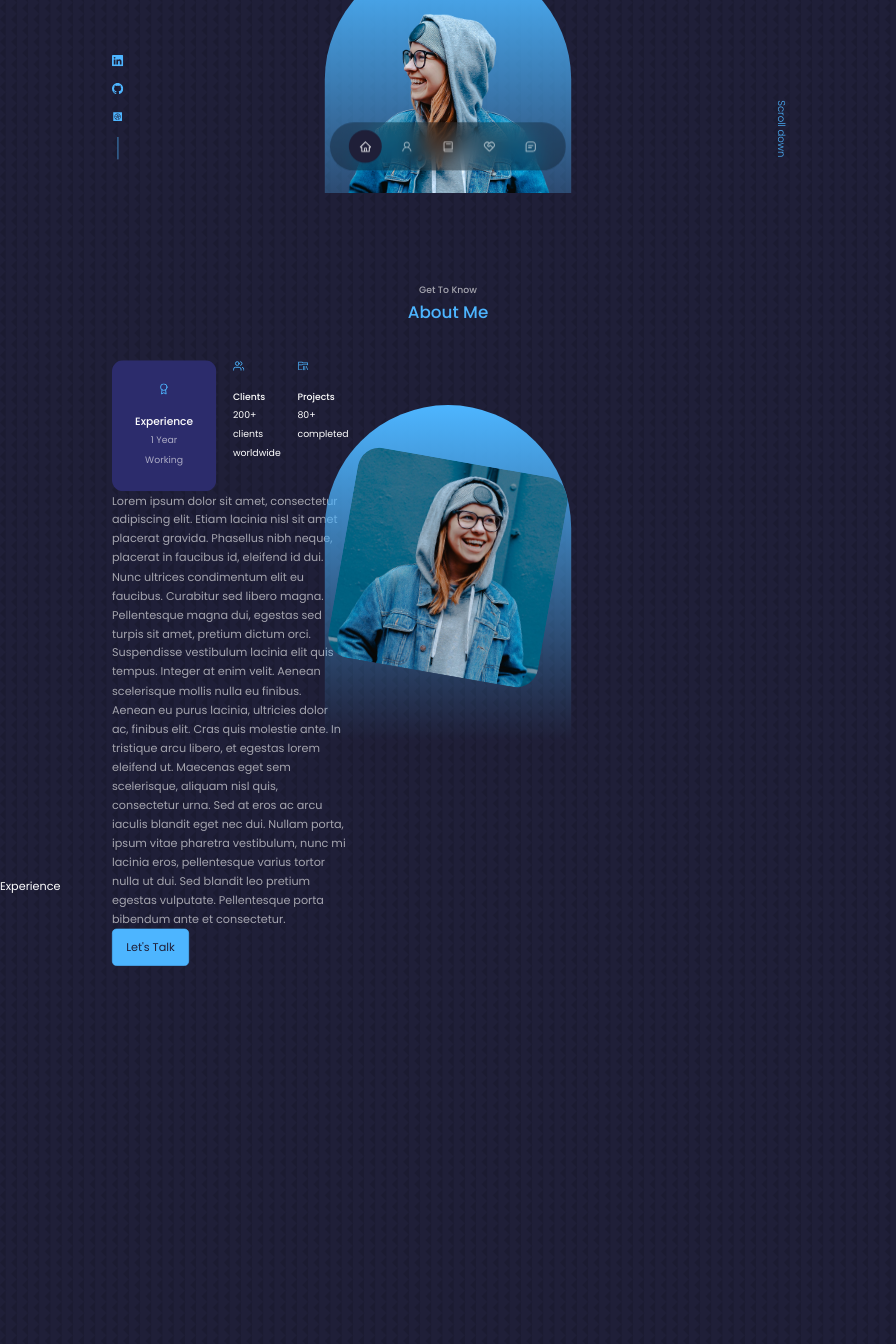
Repository: smallchungus/resumeWebsite
Page: / (app in hello/)
These files come from the project's save history. The page is drawn as it stood at one moment and after the next save; the edit follows.
The browser window is 1280 px wide. The pictures show the part of the page from y = 444 to 2364 px (the page is 5835 px tall), at 70% of full size.
The project was rebuilt for these pictures with package versions that can differ from the ones it lists, and the page was loaded fresh each time. Also part of the build but not shown: hello/src/components/experience/experience.css, hello/src/components/portfolio/portfolio.css, hello/src/components/contact/contact.css, hello/src/components/footer/footer.css. Imported but missing from the stored project, and not drawn on this page: hello/src/assets/cv.pdf.

Above is the page before, as saved 2023-03-23 18:28:54.

### hello/public/index.html
<!DOCTYPE html>
<html lang="en">

<head>
    <meta charset="UTF-8">
    <meta http-equiv="X-UA-Compatible" content="IE=edge">
    <meta name="viewport" content="width-device-width, initial-scale=1.0">
    <title>Resume Portfolio Website</title>
</head>
<body>
    <div id="root"></div>
</body>
</html>

### hello/src/App.jsx
import React from 'react'
import Header from './components/header/Header'
import Nav from './components/nav/Nav'
import About from './components/about/About'
import Experience from './components/experience/Experience'
import Services from './components/services/Services'
import Portfolio from './components/portfolio/Portfolio'
import Testimonial from './components/testimonial/Testimonial'
import Contact from './components/contact/Contact'
import Footer from './components/footer/Footer'

const App = () => {
  return (
    <>
    <Header />
    <Nav />
    <About />
    <Experience />
    <Services />
    <Portfolio />
    <Testimonial />
    <Contact />
    <Footer />
    </>
  )
}

export default App

### hello/src/index.css
@import url('https://fonts.googleapis.com/css2?family=Poppins:wght@300;400;500;600&display=swap');

*{
    margin: 0;
    padding: 0;
    border :0;
    outline: 0;
    box-sizing: border-box;
    list-style: none;
    text-decoration: none;

}

:root {
    --color-bg: #1f1f38;
    --color-bg-variant: #2c2c6c;
    --color-primary: #4db5ff;
    --color-primary-variant: rgba(77, 181, 255, 0.4);
    --color-white: #fff;
    --color-light: rgba(255,255,255,0.6);

    --transition: all 400ms ease;

    --container-width-lg: 75%;
    --container-width-md: 86%;
    --container-width-sm: 90%;

}

html{
    scroll-behavior: smooth;
}

body{
    font-family: 'Poppins', sans-serif;
    background: var(--color-bg);
    color: var(--color-white);
    line-height: 1.7;
    background-image: url(../src/assets/bg-texture.png)
}

/* ======================= General Styles =================*/

.container{
    width: var(--container-width-lg);
    margin: 0 auto;
}

h1,h2,h3,h4,h5{
    font-weight: 500;
}

h1{
    font-size:2.5rem;

}

section {
    margin-top: 8rem;
    height: 100vh;
}

section > h2, section > h5 {
    text-align: center;
    color: var(--color-light);
}

section > h2 {
    color: var(--color-primary);
    margin-bottom: 3rem;
}

.text-light{
    color:var(--color-light);
}

a{
    color: var(--color-primary);
    transition: var(--transition);
}

a:hover{
    color: var(--color-white);
}

.btn{
    width: max-content;
    display: inline-block;
    color: var(--color-primary);
    padding: 0.75rem 1.2rem;
    border-radius: 0.4rem;
    cursor: pointer;
    border: 1px solid var(--color-primary);
    transition: var( --transition );
}

.btn:hover{
    background: var(--color-white);
    color: var(--color-bg);
    border-color: transparent;
}

.btn-primary{
    background: var(--color-primary);
    color: var(--color-bg);
}

img{
    display: block;
    width: 100%;
    object-fit: cover;
}


/*==================Media Queries (Medium Devices ) ============= */
@media screen and (max-width: 1024px) {
    .container{
        width: var(--container-width-md);
    }

    section{
        margin-top: 6rem;
    }
}

/*==================Media Queries (Small Devices ) ============= */
@media screen and (max-width: 600px) {
    .container{
        width: var(--container-width-sm);
    }

    section > h2{
        margin-top: 2rem;
    }
}

### hello/src/components/header/Header.jsx
import React from 'react'
import './header.css'
import CTA from './CTA'
import ME from '../../assets/me.png'
import HeaderSocials from './HeaderSocials'
const Header = () => {
  return (
    <header>
      <div className="container header_container">
        <h5>Hello I'm</h5>
        <h1>William Chen</h1>
        <h5 className='text-light'>Fullstack Developer</h5>
        <CTA />
        <HeaderSocials/>

        <div className="me">
          <img src={ME} alt="me" />
        </div>

        <a href='#contact' className='scroll_down'>Scroll down</a>
      </div>
    </header>
  )
}

export default Header

### hello/src/components/nav/Nav.jsx
import React from 'react'
import './nav.css'
import {AiOutlineHome} from 'react-icons/ai'
import {AiOutlineUser}  from 'react-icons/ai'
import {BiBook} from 'react-icons/bi'
import {RiServiceLine} from 'react-icons/ri'
import {BiMessageSquareDetail} from 'react-icons/bi'
import {useState} from 'react'

const Nav = () => {
  const[activeNav, setActiveNav] = useState('#');
  return (
    <nav>
      <a href="#" onClick={() => setActiveNav('#')} className={activeNav === '#' ? 'active' : ''}><AiOutlineHome/></a>
      <a href="#about" onClick={() => setActiveNav('#about')} className={activeNav === '#about' ? 'active' : ''}><AiOutlineUser/></a>
      <a href="#experience" onClick={() => setActiveNav('#experience')} className={activeNav === '#experience' ? 'active' : ''}><BiBook/></a>
      <a href="#services" onClick={() => setActiveNav('#services')} className={activeNav === '#services' ? 'active' : ''}><RiServiceLine/></a>
      <a href="#contact" onClick={() => setActiveNav('#contact')} className={activeNav === '#contact' ? 'active' : ''}><BiMessageSquareDetail/></a>
    </nav>
  )
}

export default Nav

### hello/src/components/about/About.jsx
import React from 'react'
import './about.css'
import ME from '../../assets/me-about.jpg'
import {FiAward} from 'react-icons/fi'
import {FiUsers} from 'react-icons/fi'
import {VscFolderLibrary} from 'react-icons/vsc'

const About = () => {
  return (
    <section id='about'>
      <h5>Get To Know </h5>
      <h2>About Me</h2>

      <div className="container about_container">
        <div className="about me" >
          <div className="about_me-image">
          <img src={ME} alt="About Image" />
          </div>
        </div>

        <div className="about_content">
          <div className="about_cards">
            <article className="about_card">
              <FiAward className='about_icon'/>
              <h5>Experience</h5>
              <small>1 Year Working</small>
            </article>
            <article classNane="about_card">
              <FiUsers className='about_icon'/>
              <h5>Clients</h5>
              <small>200+ clients worldwide</small>
            </article>
            <article classNane="about_card">
              <VscFolderLibrary className='about_icon'/>
              <h5>Projects</h5>
              <small>80+ completed</small>
            </article>
          </div>
          <p>
          Lorem ipsum dolor sit amet, consectetur adipiscing elit. Etiam lacinia nisl sit amet placerat gravida. Phasellus nibh neque, placerat in faucibus
          id, eleifend id dui. Nunc ultrices condimentum elit eu faucibus. Curabitur sed libero magna. Pellentesque magna dui, egestas sed turpis
          sit amet, pretium dictum orci. Suspendisse vestibulum lacinia elit quis tempus. Integer at enim velit. Aenean scelerisque mollis nulla eu finibus. Aenean eu purus lacinia, ultricies dolor ac, finibus elit.
          Cras quis molestie ante. In tristique arcu libero, et egestas lorem eleifend ut. Maecenas eget sem scelerisque, aliquam nisl quis, consectetur urna. Sed at eros ac arcu iaculis blandit eget nec dui. Nullam porta,
          ipsum vitae pharetra vestibulum, nunc mi lacinia eros, pellentesque varius tortor nulla ut dui. Sed blandit leo pretium egestas vulputate. Pellentesque porta bibendum ante et consectetur.
          </p>
          <a href="#contact" className='btn btn-primary'>Let's Talk</a>

        </div>
      </div>
    </section>
  )
}

export default About

### hello/src/components/experience/Experience.jsx
import React from 'react'
import './experience.css'
const Experience = () => {
  return (
    <section id='experience'>Experience</section>
  )
}

export default Experience

### hello/src/components/portfolio/Portfolio.jsx
import React from 'react'
import './portfolio.css'


const Portfolio = () => {
  return (
    < section id='portfolio'>Portfolio</section>
  )
}

export default Portfolio

### hello/src/components/testimonial/Testimonial.jsx
import React from 'react'
import './testimonial.css'
const Testimonial = () => {
  return (
    <section id='testimonials'>Testimonial</section>
  )
}

export default Testimonial

### hello/src/components/contact/Contact.jsx
import React from 'react'
import './contact.css'
const Contact = () => {
  return (
    <section id='contact'>Contact</section>
  )
}

export default Contact

### hello/src/components/header/header.css
header {
    height: 100vh;
    padding-top: 7rem;
    overflow: hidden;
}

.header_container{
    text-align: center;
    height: 100%;
    position: relative;
}

/*========================= CTA ======================= */
.cta {
    margin-top: 2.5rem;
    display: flex;
    gap: 1.2rem;
    justify-content: center;

}

/* ======================= Header Socials ==================== */
.header_socials {
    display: flex;
    flex-direction: column;
    align-items: center;
    gap: 0.8rem;
    position: absolute;
    left: 0;
    bottom: 3rem;

}

.header_socials::after{
    content: '';
    width: 1px;
    height: 2rem;
    background: var(--color-primary);
}

/* ===================== ME ==================*/

.me{
    background: linear-gradient(var(--color-primary), transparent);
    width: 22rem;
    height: 30rem;
    position: absolute;
    left: calc(50% - 11rem);
    margin-top: 4rem;
    border-radius: 12rem 12rem 0 0;
    overflow: hidden;
    padding: 5rem 1.5rem 1.5rem 1.5rem;

}

.scroll_down {
    position: absolute;
    right: -2.3rem;
    bottom: 5rem;
    transform: rotate(90deg);
    font-weight: 300;
    font-size: 0.9rem;
}

@media screen and (max-width: 600px) {
    header {
        height: 100vh;
    }
}

@media screen and (max-width: 600px)
{
    header {
        height: 100vh;
    }

    .header_socials, .scroll_down{
        display: none;
    }
}

### hello/src/components/header/CTA.jsx
import React from 'react'
import CV from '../../assets/cv.pdf'
const CTA = () => {
  return (
    <div className ='cta'>
        <a href={CV} download className='btn'>Download CV</a>
        <a href="#contact" className='btn btn-primary'>Let's Talk</a>
    </div>
  )
}

export default CTA

### hello/src/components/header/HeaderSocials.jsx
import React from 'react'
import {BsLinkedin} from 'react-icons/bs'
import {BsGithub} from 'react-icons/bs'
import {AiFillDribbbleSquare} from 'react-icons/ai'
const HeaderSocials = () => {
  return (
    <div className='header_socials'>
        <a href="https://linkedin.com/willchenn" target="_blank"><BsLinkedin></BsLinkedin></a>
        <a href="https://github.com/smallchungus" target="_blank"><BsGithub></BsGithub></a>
        <a href="https://dribble.com/" target="_blank"><AiFillDribbbleSquare></AiFillDribbbleSquare></a>
        </div>
  )
}

export default HeaderSocials

### hello/src/components/nav/nav.css
nav {
    background: rgba(0, 0, 0, 0.3);
    width: max-content;
    display: block;
    padding: 0.7rem 1.7rem;
    z-index: 2;
    position: fixed;
    left: 50%;
    transform: translateX(-50%);
    bottom: 2rem;
    display: flex;
    gap: 0.8rem;
    border-radius: 3rem;
    backdrop-filter: blur(15px);
}

nav a{
    background: transparent;
    padding: 0.9rem;
    border-radius: 50%;
    display: flex;
    color: var(--color-light);
    font-size: 1.1rem;
}

nav a:hover{
    background: rgba(0,0,0,0.3);
}

nav a.active {
    background: var(--color-bg);
    color: var(--color-white);
}

### hello/src/components/about/about.css
.about_container {
    display: grid;
    grid-template-columns: 35% 50%;
    gap: 15%;
}

.about_me {
    width: 100%;
    aspect-ratio: 1/1;
    border-radius: 2rem;
    background: linear-gradient(
        45deg,
        transparent,
        var(--color-primary),
        transparent
    );
    display: grid;
    place-items: center;
}

.about_me-image{
    border-radius: 2rem;
    overflow: hidden;
    transform: rotate(10deg);
    transition: var(--transition);

}

.about_me-image:hover{
    transform: rotate(0);
}

.about_cards{
    display: grid;
    grid-template-columns: repeat(3, 1fr);
    gap: 1.5rem;
}

.about_card {
    background: var(--color-bg-variant);
    border: 1px solid transparent;
    border-radius: 1rem;
    padding: 2rem;
    text-align: center;
    transition: var(--transition);
}

.about_card:hover {
    background: transparent;
    border-color: var(--color-primary-variant);
    cursor: default;
}

.about_icon {
    color: var(--color-primary);
    font-size: 1.4 rem;
    margin-bottom: 1rem;
}

.about_card h5 {
    font-size: 0.95rem;
}

.about_card small {
    font-size: 0.7 rem;
    color: var(--color-light);
}

.about_content p {
    margin: 2rem 0 2.6 rem;
    color: var(--color-light);
}

@media screen and (max-width: 1024px) {
    .about_container {
        grid-template-columns: 1fr;
        gap: 0;
    }

    .about_me {
        width: 50%;
        margin: 2rem auto 4rem;
    }

    .about_content p{
        margin: 1rem 0 1.5rem;
    }
}

@media screen and (max-width: 600px )
{
    .about_me{
        width: 65%;
        margin: 0 auto 3rem;
    }
    .about_cards {
        grid-template-columns: 1fr 1fr;
        gap: 1rem;
    }
    .about_content {
        text-align: center;
    }
    .about_content p {
        margin: 1.5rem 0;
    }
}

Loaded but not shown: hello/src/index.js (common file); hello/src/components/services/Services.jsx (common file); hello/src/components/footer/Footer.jsx (common file); hello/src/components/services/services.css (no stored copy; drawn as an empty file); hello/src/components/testimonial/testimonial.css (no stored copy; drawn as an empty file)

After the next save:
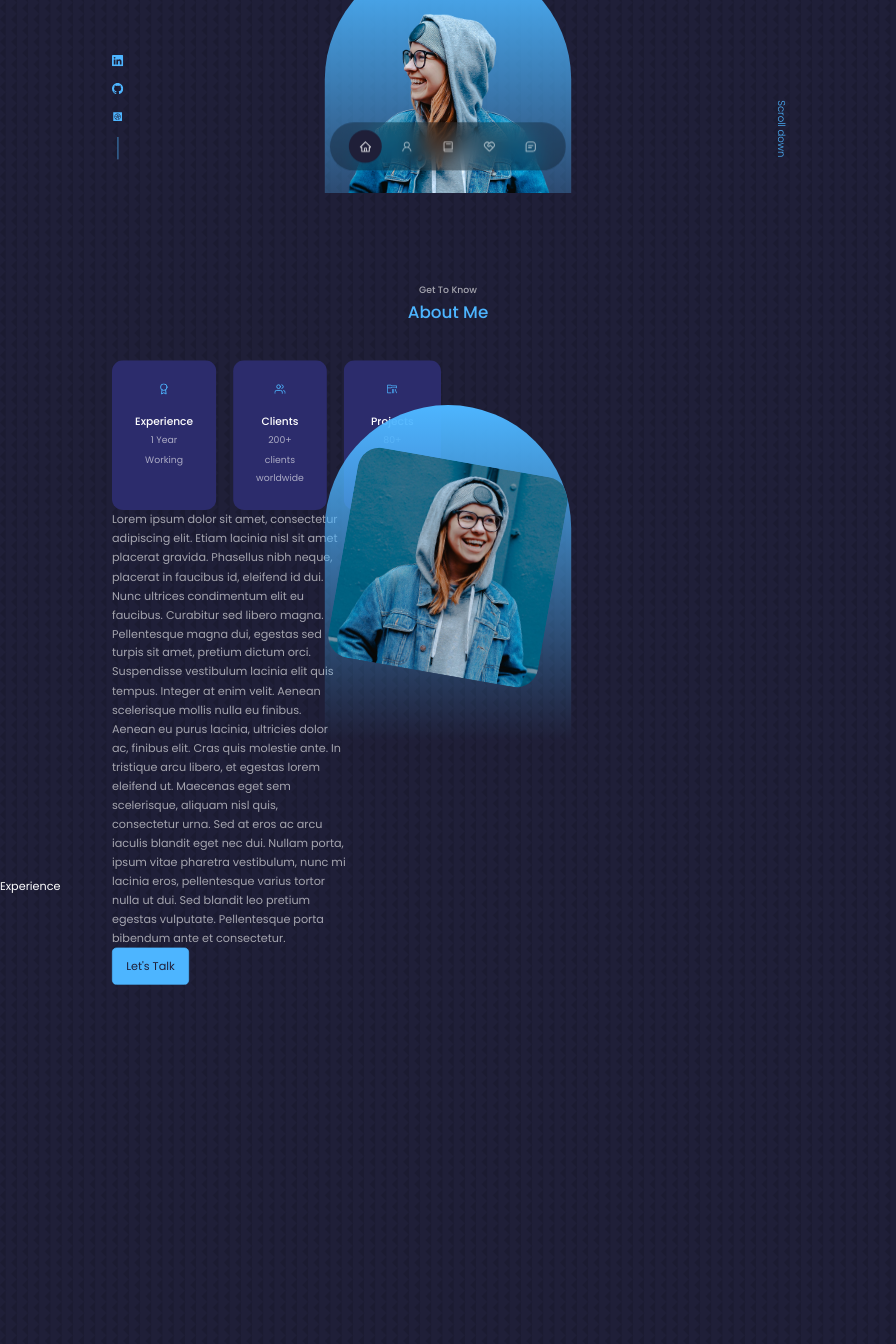
Saved 4 s later.
--- a/hello/src/components/about/About.jsx
+++ b/hello/src/components/about/About.jsx
@@ -25,12 +25,12 @@ const About = () => {
               <h5>Experience</h5>
               <small>1 Year Working</small>
             </article>
-            <article classNane="about_card">
+            <article className="about_card">
               <FiUsers className='about_icon'/>
               <h5>Clients</h5>
               <small>200+ clients worldwide</small>
             </article>
-            <article classNane="about_card">
+            <article className="about_card">
               <VscFolderLibrary className='about_icon'/>
               <h5>Projects</h5>
               <small>80+ completed</small>
